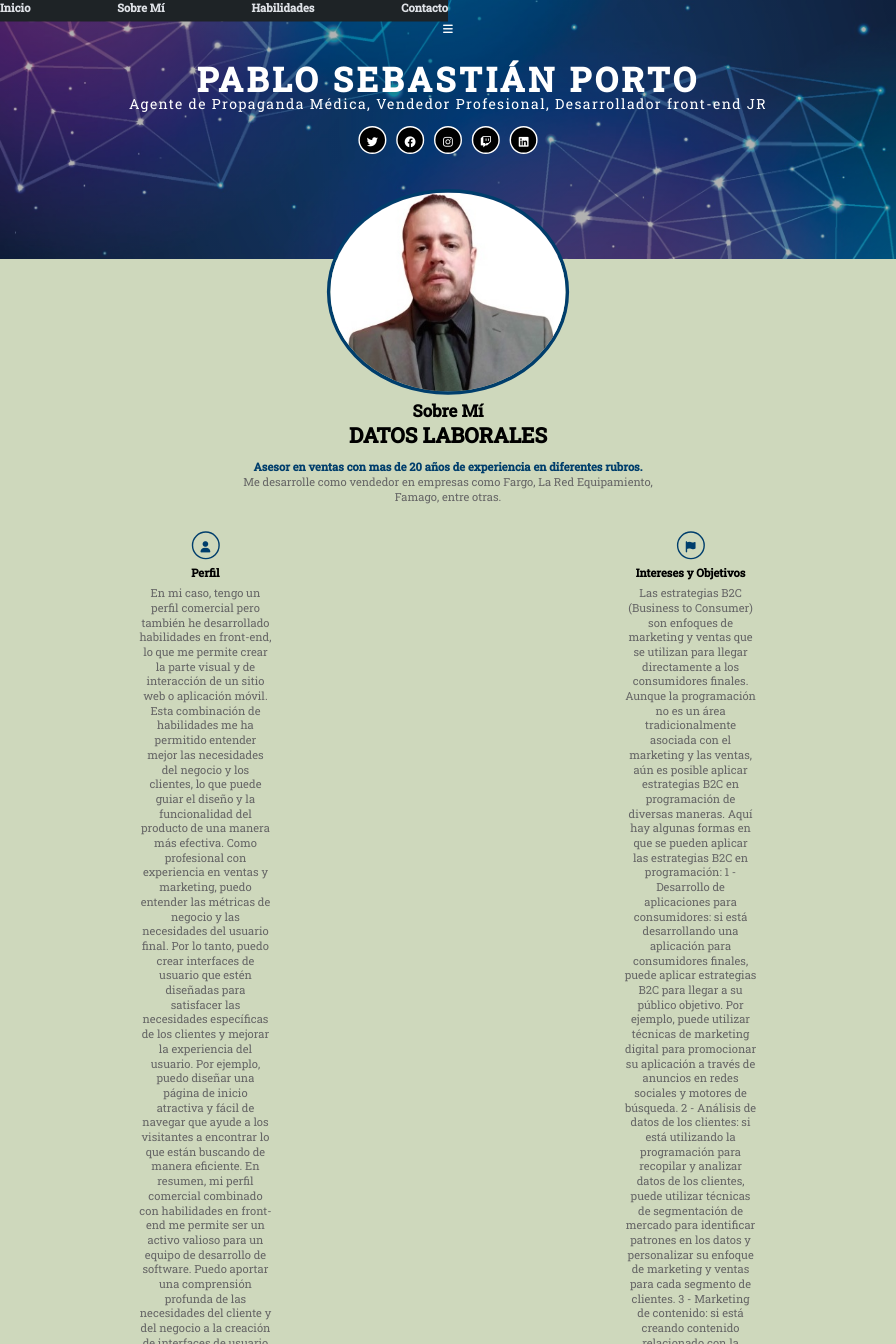
Repository: PabloSebastianPorto/Entrega-CV-1-ARG-PROG
Page: CVFINAL/CVfinal.HTML
These files come from the project's save history. The page is drawn as it stood at one moment and after the next save; the edit follows.
The browser window is 1280 px wide. The pictures show the part of the page from y = 0 to 1920 px (the page is 2947 px tall), at 70% of full size.
Some web libraries are served in a nearby version.

Above is the page before, as saved 2023-02-27 22:25:50.

### CVFINAL/CVfinal.HTML
<!DOCTYPE html>
<html lang="es">
  <head>
    <meta charset="UTF-8" />
    <meta http-equiv="X-UA-Compatible" content="IE=edge" />
    <meta name="viewport" content="width=device-width, initial-scale=1.0" />
    <title>Document</title>
    <link
      rel="stylesheet"
      href="https://cdnjs.cloudflare.com/ajax/libs/font-awesome/6.3.0/css/all.min.css"
      integrity="sha512-SzlrxWUlpfuzQ+pcUCosxcglQRNAq/DZjVsC0lE40xsADsfeQoEypE+enwcOiGjk/bSuGGKHEyjSoQ1zVisanQ=="
      crossorigin="anonymous"
      referrerpolicy="no-referrer"
    />
    <link rel="stylesheet" href="CVfinal.css" />
    <title>CV Pablo Sebastián Porto</title>
  </head>
  <body>
    <section class="inicio" id="inicio">
      <div class="contenido-seccion">
        <header>
          <div class="nav-clas"></div>
          <i class="fa-solid fa-bars"></i>
          <nav id="nav" class="nav">
            <a href="#Inicio">Inicio</a>
            <a href="#Sobre Mí">Sobre Mí</a>
            <a href="#Habilidades">Habilidades</a>
            <a href="#Contacto">Contacto</a>
          </nav>
        </header>
        <div class="info">
          <h1>PABLO SEBASTIÁN PORTO</h1>
          <h2>
            Agente de Propaganda Médica, Vendedor Profesional, Desarrollador
            front-end JR
          </h2>
          <div class="redes">
            <a href="#"><i class="fa-brands fa-twitter"></i></a>
            <a href="#"><i class="fa-brands fa-facebook"></i></a>
            <a href="#"><i class="fa-brands fa-instagram"></i></a>
            <a href="#"><i class="fa-brands fa-twitch"></i></a>
            <a href="#"><i class="fa-brands fa-linkedin"></i></a>
          </div>
        </div>
        <div class="foto">
          <img
            src="IMG/CVfoto.jpg"
            alt="Aca va una imagen, pero se la robaron"
          />
        </div>
      </div>
    </section>
    <section class="sobremi" id="sobremi">
      <div class="contenido-seccion">
        <h2 class="titulo-seccion">Sobre Mí</h2>
        <h3>Datos Laborales</h3>
        <p class="especial">
          Asesor en ventas con mas de 20 años de experiencia en diferentes
          rubros.
        </p>
        <p>
          Me desarrolle como vendedor en empresas como Fargo, La Red
          Equipamiento, Famago, entre otras.
        </p>
        <div class="fila">
          <div class="col">
            <i class="fa-solid fa-user"></i>
            <span class="titulo-detalle">Perfil</span>
            <p>
              En mi caso, tengo un perfil comercial pero también he desarrollado
              habilidades en front-end, lo que me permite crear la parte visual
              y de interacción de un sitio web o aplicación móvil. Esta
              combinación de habilidades me ha permitido entender mejor las
              necesidades del negocio y los clientes, lo que puede guiar el
              diseño y la funcionalidad del producto de una manera más efectiva.
              Como profesional con experiencia en ventas y marketing, puedo
              entender las métricas de negocio y las necesidades del usuario
              final. Por lo tanto, puedo crear interfaces de usuario que estén
              diseñadas para satisfacer las necesidades específicas de los
              clientes y mejorar la experiencia del usuario. Por ejemplo, puedo
              diseñar una página de inicio atractiva y fácil de navegar que
              ayude a los visitantes a encontrar lo que están buscando de manera
              eficiente. En resumen, mi perfil comercial combinado con
              habilidades en front-end me permite ser un activo valioso para un
              equipo de desarrollo de software. Puedo aportar una comprensión
              profunda de las necesidades del cliente y del negocio a la
              creación de interfaces de usuario atractivas y efectivas que
              satisfagan los objetivos comerciales y las necesidades de los
              usuarios finales.
            </p>
          </div>
          <div class="col">
            <i class="fa-solid fa-flag"></i>
            <span class="titulo-detalle">Intereses y Objetivos</span>
            <p>
              Las estrategias B2C (Business to Consumer) son enfoques de
              marketing y ventas que se utilizan para llegar directamente a los
              consumidores finales. Aunque la programación no es un área
              tradicionalmente asociada con el marketing y las ventas, aún es
              posible aplicar estrategias B2C en programación de diversas
              maneras. Aquí hay algunas formas en que se pueden aplicar las
              estrategias B2C en programación: 1 - Desarrollo de aplicaciones
              para consumidores: si está desarrollando una aplicación para
              consumidores finales, puede aplicar estrategias B2C para llegar a
              su público objetivo. Por ejemplo, puede utilizar técnicas de
              marketing digital para promocionar su aplicación a través de
              anuncios en redes sociales y motores de búsqueda. 2 - Análisis de
              datos de los clientes: si está utilizando la programación para
              recopilar y analizar datos de los clientes, puede utilizar
              técnicas de segmentación de mercado para identificar patrones en
              los datos y personalizar su enfoque de marketing y ventas para
              cada segmento de clientes. 3 - Marketing de contenido: si está
              creando contenido relacionado con la programación, puede aplicar
              estrategias B2C para llegar a su audiencia objetivo. Por ejemplo,
              puede utilizar técnicas de SEO para optimizar su contenido para
              los motores de búsqueda y atraer a más consumidores finales. 4 -
              Comunicación directa con los clientes: si está desarrollando
              software o aplicaciones para empresas que luego serán utilizadas
              por consumidores finales, puede aplicar estrategias B2C para
              mejorar la comunicación directa con los clientes. Por ejemplo,
              puede utilizar herramientas de chat en vivo para permitir que los
              clientes se comuniquen directamente con su equipo de soporte
              técnico. En resumen, aunque la programación no está directamente
              relacionada con el marketing y las ventas, aún es posible aplicar
              estrategias B2C en programación para llegar a los consumidores
              finales de diversas maneras.
            </p>
          </div>
        </div>
      </div>
    </section>
  </body>
</html>

### CVFINAL/CVfinal.css
@import url("https://fonts.googleapis.com/css2?family=Roboto+Slab:wght@100;200;300;400;500&display=swap");
* {
  box-sizing: border-box;
  font-family: "Roboto Slab", serif;
  margin: 0;
  padding: 0;
}
html {
  box-sizing: border-box;
  font-family: "Roboto Slab", serif;
  margin: 0;
  padding: 0;
}
html {
  scroll-behavior: smooth;
}
.inicio {
  background: linear-gradient(rgba(0, 0, 0, 0.3), rgba(0, 0, 0, 0.3)),
    url(IMG/imagen-fondo.jpg);
  background-size: cover;
  background-position: center center;
  color: #ffffff;
}
.inicio .contenido-seccion {
  max-width: 1000px;
  margin: auto;
  text-align: center;
  padding: 0 10px;
}
.inicio .contenido-seccion header {
  padding: 30px;
}
.inicio .contenido-seccion header nav {
  background: #1e2326;
  position: fixed;
  width: 50%;
  top: 0;
  left: 0;
  z-index: 99;
  display: flex;
  justify-content: space-between;
}
.inicio .contenido-seccion header nav a {
  display: block;
  color: #dee1e6;
  text-decoration: none;
  margin-bottom: 10px;
  font-weight: bold;
}
.inicio .contenido-seccion header .nav-bar {
  position: fixed;
  background-color: #a3f040;
  font-size: 20px;
  width: 50px;
  height: 50px;
  border-radius: 50%;
  line-height: 50px;
  cursor: pointer;
  transition: 0.3s;
}
.inicio .contenido-seccion header .nav-bar:hover {
  box-shadow: 0 0 35px #fff;
}
.inicio .contenido-seccion .info {
  padding-bottom: 130px;
}
.inicio .contenido-seccion .info h1 {
  font-size: 3rem;
  letter-spacing: 5px;
}
.inicio .contenido-seccion .info h2 {
  font-weight: normal;
  font-size: 20px;
  margin-top: -10px;
  letter-spacing: 2px;
}
.inicio .contenido-seccion .info .redes {
  margin: 20px 0;
}
.inicio .contenido-seccion .info .redes a {
  display: inline-block;
  text-decoration: none;
  background-color: #000;
  color: #ffffff;
  border: 2px solid #ffffff;
  border-radius: 50%;
  width: 40px;
  height: 40px;
  line-height: 40px;
  margin: 0 5px;
  transition: 0.3s;
}
.inicio .contenido-seccion .info .redes a:hover {
  color: #fff;
  background-color: #003e6c;
  box-shadow: 0 0 20px #fff;
}
.inicio .contenido-seccion .foto {
  position: relative;
}
.inicio .contenido-seccion .foto img {
  max-width: 350px;
  max-height: 350px;
  border-radius: 50%;
  border: 5px solid #003e6c;
  position: absolute;
  left: 50%;
  top: -100px;
  transform: translateX(-50%);
}
.sobremi {
  background-color: #ced8bc;
  padding: 200px 0 200px 0;
  text-align: center;
}
.sobremi .contenido-seccion {
  max-width: 3000px;
  margin: auto;
  padding: 0 10px;
}
.sobremi .contenido-seccion h3 {
  text-transform: uppercase;
  font-size: 30px;
}
.sobremi .contenido-seccion .especial {
  color: #003e6c;
  font-weight: bold;
  margin-top: 15px;
}
.sobremi .contenido-seccion p {
  max-width: 1000px;
  margin: auto;
  color: #666;
  padding-left: 5cm;
  padding-right: 5cm;
}
.sobremi .contenido-seccion .fila {
  display: flex;
  margin-top: 40px;
  justify-content: space-between;
}
.sobremi .contenido-seccion .fila .col {
  width: 45%;
}
.sobremi .contenido-seccion .fila .col i {
  color: #003e6c;
  display: inline-block;
  width: 40px;
  height: 40px;
  border: 2px solid #003e6c;
  line-height: 40px;
  border-radius: 50%;
}
.sobremi .contenido-seccion .fila .col span {
  display: block;
  font-weight: bold;
  margin: 8px 0;
}

After the next save:
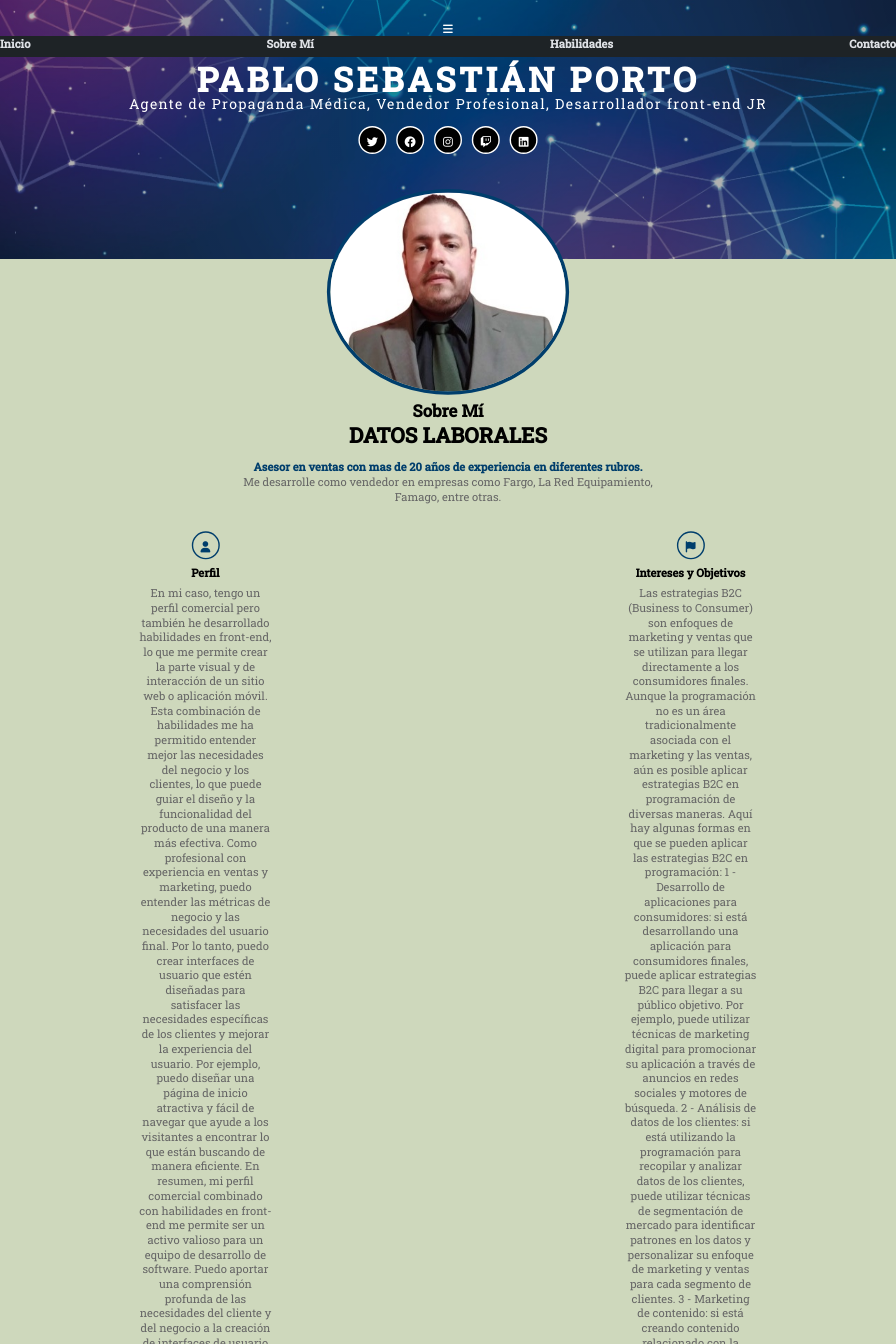
Saved 35 s later.
--- a/CVFINAL/CVfinal.css
+++ b/CVFINAL/CVfinal.css
@@ -33,8 +33,8 @@ html {
 .inicio .contenido-seccion header nav {
   background: #1e2326;
   position: fixed;
-  width: 50%;
-  top: 0;
+  width: 100%;
+  top: 1;
   left: 0;
   z-index: 99;
   display: flex;
